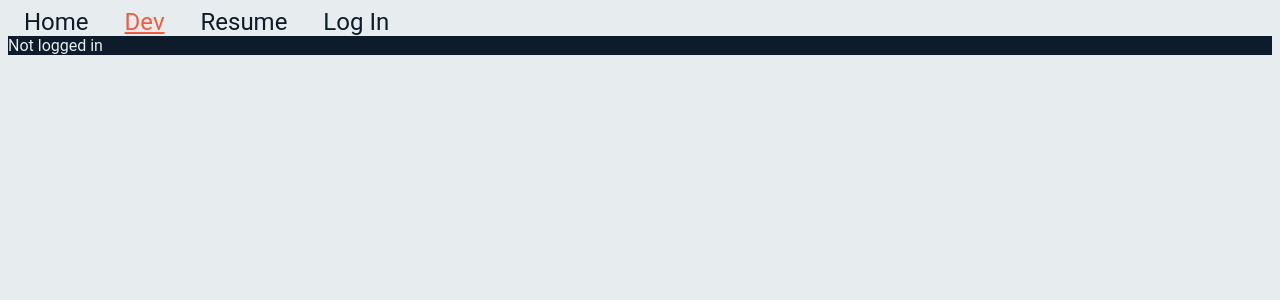
Repository: eghere-bsu/ethanghere-website
Page: http://localhost/dev.php
The author's editor kept a copy of each file at every save. The page is drawn from the files as they stood at one save, then again after the next save.
The browser window is 1280 px wide. The pictures show the whole page.
The page is run by PHP 8.4 with error messages shown; the project is at /var/www/html/. Queries for data that is not in the repository find no rows.

Above is the page before, as saved 2023-11-06 21:06:03.

### dev.php
<?php
   $page = 'dev';
   require_once 'navbar.php';
   require_once 'Dao.php';
   $dao = new Dao();
   $display = 'none';
   //Check if user has permission to create a post
   if (isset($_SESSION['auth']) && $_SESSION['auth'] === true) {
      if (isset($_SESSION['username']) && ($dao->getPowerlvl($_SESSION['username']) == 1)) {
         $display = 'inline'; //show "create post" button
      }
   }
?>


<div style="<?php echo 'display: ' . $display . ';'?>">
   <h1>Add a New Post</h1>
   <?php
      if(isset($_SESSION['message'])) {
         echo htmlspecialchars($_SESSION['message'], ENT_QUOTES, 'UTF-8');
         unset($_SESSION['message']);
      }
   ?>
   <form action="post_handler.php" method="post" enctype="multipart/form-data">
      <label for="title">Title:</label><br>
      <input type="text" id="title" name="title" required><br>

      <label for="description">Description:</label><br>
      <textarea id="description" name="description" rows="4" cols="50"></textarea><br>

      <label for="post_link">Post Link:</label>
      <input type="text" id="post_link" name="post_link"><br>

      <label for="image_url">Image URL:</label>
      <input type="text" id="image_url" name="image_url"><br>

      <label for="category">Category:</label>
      <input type="text" id="category" name="category"><br>


      <input type="submit" value="Submit">
   </form>
</div>
<?php
   require_once 'footer.php';
?>

### navbar.php
<?php
   session_start();
   ini_set('display_errors', 1);
   error_reporting(E_ALL);

   // Unset session variables if logging out
   if (isset($_GET['action']) && $_GET['action'] === 'logout') {
      unset($_SESSION['auth']);
      unset($_SESSION['username']);
      unset($_SESSION['powerlvl']);
   }
   $loggedIn = isset($_SESSION['auth']) && $_SESSION['auth'] === true;
   $loginText = $loggedIn ? 'Log Out' : 'Log In';
   $loginHref = $loggedIn ? 'login.php?action=logout' : 'login.php';

   $loginButton = '<a class="' . ($page == 'login' ? 'active' : '') . '" href="' . $loginHref . '">' . $loginText . '</a>';
?>

<head>
	<link rel="stylesheet" href="styles.css">
   <link rel="icon" type="image/x-icon" href="favicon.ico">
</head>
<header><title>Ethan Ghere</title></header>
<div class="nav">
   <a class="<?php if ($page == 'home')
      { echo 'active'; }?>" href='index.php'>Home</a>
   <a class="<?php if ($page == 'dev')
      { echo 'active'; }?>" href='dev.php'>Dev</a>
   <a href="assets/resume.pdf">Resume</a>

   <?php echo $loginButton; ?>
</div>

### Dao.php
<?php
ini_set('display_errors', 1);
error_reporting(E_ALL);
// Dao.php
// class for saving and getting comments from MySQL
class Dao {

  private $host = "localhost";
  private $db = "db";
  private $user = "eghere";
  private $pass = "labrador";

  public function getConnection () {
    return
      new PDO("mysql:host={$this->host};dbname={$this->db}", $this->user,
          $this->pass);
  }

  public function createUser($username, $password, $powerlvl = 0) {
    // Hash the password
    $hashedPassword = password_hash($password, PASSWORD_BCRYPT);

    $conn = $this->getConnection();
    $createUser = "INSERT INTO Users (username, password, powerlvl) VALUES (:username, :password, :powerlvl)";
    $q = $conn->prepare($createUser);
    $q->bindParam(":username", $username);
    $q->bindParam(":password", $hashedPassword);
    $q->bindParam(":powerlvl", $powerlvl);
    $q->execute();
  }

  public function usernameExists($username) {
    $conn = $this->getConnection();
    $usernameExists =
        "SELECT COUNT(*)
        FROM Users
        WHERE username = :username";
    $q = $conn->prepare($usernameExists);
    $q->bindParam(":username", $username);
    $q->execute();
    return $q->fetchColumn() > 0;
  }

  public function validateUser($username, $password) {
    //Prepare query
    $conn = $this->getConnection();
    $validateUser =
        "SELECT user_id, password, powerlvl
        FROM Users
        WHERE username = :username";
    $q = $conn->prepare($validateUser);
    $q->bindParam(":username", $username);
    $q->execute();
    //Match password
    $userRow = $q->fetch(PDO::FETCH_ASSOC);
    if ($userRow && password_verify($password, $userRow['password'])) {
        return true;
    } else {
        return false;
    }
  }

  public function getUserId($username) {
    $conn = $this->getConnection();
    $getUserId =
        "SELECT user_id
        FROM Users
        WHERE username = :username";
    $q = $conn->prepare($getUserId);
    $q->bindParam(":username", $username);
    $q->execute();

    $user_id = $q->fetchColumn();
    return $user_id;
  }

  public function getPowerlvl ($username) {
    $conn = $this->getConnection();
    $getPowerlvl =
        "SELECT powerlvl
        FROM Users
        WHERE username = :username";
    $q = $conn->prepare($getPowerlvl);
    $q->bindParam(":username", $username);
    $q->execute();

    $powerlvl = $q->fetchColumn();
    return $powerlvl;
  }

  public function createPost($user_id, $title, $description, $post_link, $image_url, $category) {
    $conn = $this->getConnection();
    $createPost = "INSERT INTO Posts (user_id, title, description, post_link, image_url, category)
                        VALUES (:user_id, :title, :description, :post_link, :image_url, :category)";
    $q = $conn->prepare($createPost);
    $q->bindParam(":user_id", $user_id);
    $q->bindParam(":title", $title);
    $q->bindParam(":description", $description);
    $q->bindParam(":post_link", $post_link);
    $q->bindParam(":image_url", $image_url);
    $q->bindParam(":category", $category);
    $q->execute();
  }

  public function getPosts() {
    $conn = $this->getConnection();

    $getPostsQuery = "SELECT * FROM Posts ORDER BY created_at DESC";
    $q = $conn->prepare($getPostsQuery);
    $q->execute();

    return $q->fetchAll(PDO::FETCH_ASSOC);
  }


  // public function getComments () {
  //   $conn = $this->getConnection();
  //   return $conn->query("SELECT comment, date_entered, id FROM comments ORDER BY date_entered desc")->fetchAll(PDO::FETCH_ASSOC);
  // }
} // end Dao

### footer.php
<div class="footer">
    <span class="footer" href="#nav">
    <?php
        if (isset($_SESSION['auth']) && $_SESSION['auth'] === true) {
            if (isset($_SESSION['username'])) {
                echo 'Logged in as ' . $_SESSION['username'];
            } else {
                echo 'Username not found';
            }
        } else {
            echo 'Not logged in';
        }
    ?>
    </span>
</div>

### styles.css
/* Global */
* {
   -moz-box-sizing: border-box;
   -webkit-box-sizing: border-box;
   box-sizing: border-box;
 }


html {
   background: #e7ecef;
   color: #0d1b2a;
   font-family: 'Roboto', sans-serif;
   -webkit-font-smoothing: antialiased;
   margin: auto;
}

body {
   color: #0d1b2a;
}

.row {
   display: flex;
   flex-direction: row;
   width: 80%;
   margin: auto;
}

.column {
   float: left;
}

/* Navigation */
.nav a {
	color: #0d1b2a;
	padding: 14px 16px;
	font-size: 24px;
	text-decoration: none;
}

.nav a.active {
	color: #f85a3e;
   text-decoration: underline;
}

/* Footer */
.footer {
   /* position: fixed;
   left: 0;
   bottom: 0; */
   width: 100%;
   background-color: #0d1b2a;
   color: #e7ecef;
   text-decoration: none;
}

/* Homepage */

.hero-l {
   width: 15%;
}

.hero-m {
   width: 30%;
}

.hero-r {
   width: 55%;
   text-align: right;
   font-size: 1.6em;
}

.row:after {
   content: "";
   display: table;
   clear: both;
}

.name {
   color: #f85a3e;
   display: flex;
   flex-direction: column;
   float: left;
   margin: 0;
   font-size: 5em;
   line-height: 1em;
   word-wrap: break-word;
   border-left: 8px solid #f85a3e;
   padding-left: 8px;
}

#stripes {
	height: 100vh;
	background: #0d1b2a;
	clip-path: polygon(0 77%, 0% 100%, 100% 100%);
}

/* bumper.html */
/* angled div */
.slanted-div {
   position: relative;
   padding: 200px 0;
   background: #128c7e;
   overflow: visible;
   z-index: 1;
 }

 /* where the magic happens */
 .slanted-div:after {
   content: '';
   width: 100%;
   height: 100%;
   position: absolute;
   background: inherit;
   z-index: -1;
   bottom: 0;
   transform-origin: left bottom;
   transform: skewY(3deg);
 }

 /* displays the content inside, as these settings in the parent breaks the effect */
 .slanted-div div {
   text-align: center;
   font-size: 1.5em;
   line-height: 1.5;
 }

/* dev.php */

### cards.php
<?php
   $page = 'dev';
   include_once 'navbar.php';
   require_once 'Dao.php';

   $dao = new Dao();
   $posts = $dao->getPosts();

   // Initialize a flag to keep track of the first post
   $firstPost = true;
?>

<html>
   <head>
      <link rel="stylesheet" href="dev.css">
   </head>
   <body>
      <div class="support-grid"></div>
      <div class="band">
      <?php
         foreach ($posts as $index => $post) {
            // Determine the CSS class based on the index
            $cssClass = ($firstPost) ? 'item-1' : 'item-2';

            // Output the HTML for the post card
            echo '<div class="' . $cssClass . '">';
            echo '<a href="' . $post['post_link'] . '" class="card">';
            echo '<div class="thumb" style="background-image: url(' . $post['image_url'] . ');"></div>';
            echo '<article>';
            echo '<h1>' . $post['title'] . '</h1>';
            echo '<p>' . $post['description'] . '</p>';
            echo '<span>' . $post['category'] . '</span>';
            echo '</article>';
            echo '</a>';
            echo '</div>';

            // Set the flag to false after the first post
            if ($firstPost) {
               $firstPost = false;
            }
         }
      ?>
      </div>
   </body>
</html>

<?php include_once 'footer.php';

### dev.css
html {
   background: #f5f7f8;
   font-family: 'Roboto', sans-serif;
   -webkit-font-smoothing: antialiased;
   padding: 20px 0;
 }

 .band {
   width: 90%;
   max-width: 1240px;
   margin: 0 auto;

   display: grid;

   grid-template-columns: 1fr;
   grid-template-rows: auto;
   grid-gap: 20px;

 }

 @media only screen and (min-width: 500px) {
   .band {
     grid-template-columns: 1fr 1fr;
   }
   .item-1 {
   grid-column: 1/ span 2;
   }
   .item-1 h1 {
     font-size: 30px;
   }
 }

 @media only screen and (min-width: 850px) {
   .band {
     grid-template-columns: 1fr 1fr 1fr 1fr;
   }
 }

 /* card */

 .card {
   min-height: 100%;
   background: white;
   box-shadow: 0 2px 5px rgba(0,0,0,0.1);
   display: flex;
   flex-direction: column;
   text-decoration: none;
   color: #444;
   position: relative;
   top: 0;
   transition: all .1s ease-in;
 }

 .card:hover {
   top: -2px;
   box-shadow: 0 4px 5px rgba(0,0,0,0.2);
 }

 .card article {
   padding: 20px;
   display: flex;

   flex: 1;
   justify-content: space-between;
   flex-direction: column;

 }
 .card .thumb {
   padding-bottom: 60%;
   background-size: cover;
   background-position: center center;
 }

 .card p {
   flex: 1; /* make p grow to fill available space*/
   line-height: 1.4;
 }

 /* typography */
 h1 {
   font-size: 20px;
   margin: 0;
   color: #333;
 }

 .card span {
   font-size: 12px;
   font-weight: bold;
   color: #999;
   text-transform: uppercase;
   letter-spacing: .05em;
   margin: 2em 0 0 0;
 }

After the next save:
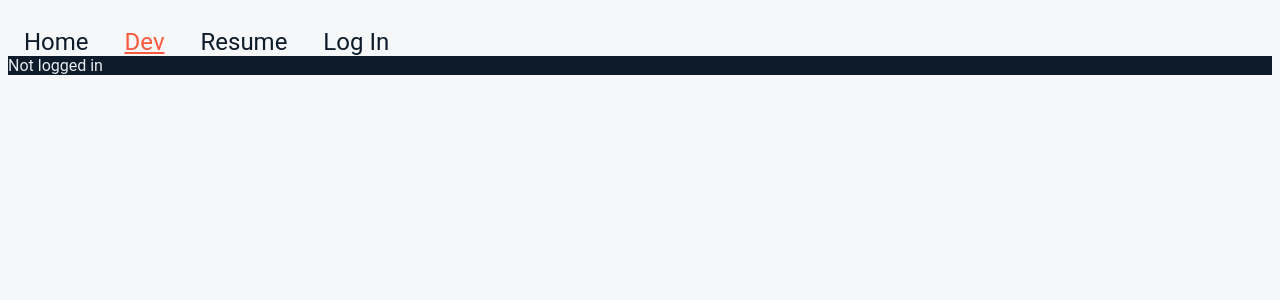
Saved 42 s later.
--- a/dev.php
+++ b/dev.php
@@ -1,6 +1,7 @@
 <?php
    $page = 'dev';
    require_once 'navbar.php';
+   require_once 'cards.php';
    require_once 'Dao.php';
    $dao = new Dao();
    $display = 'none';
